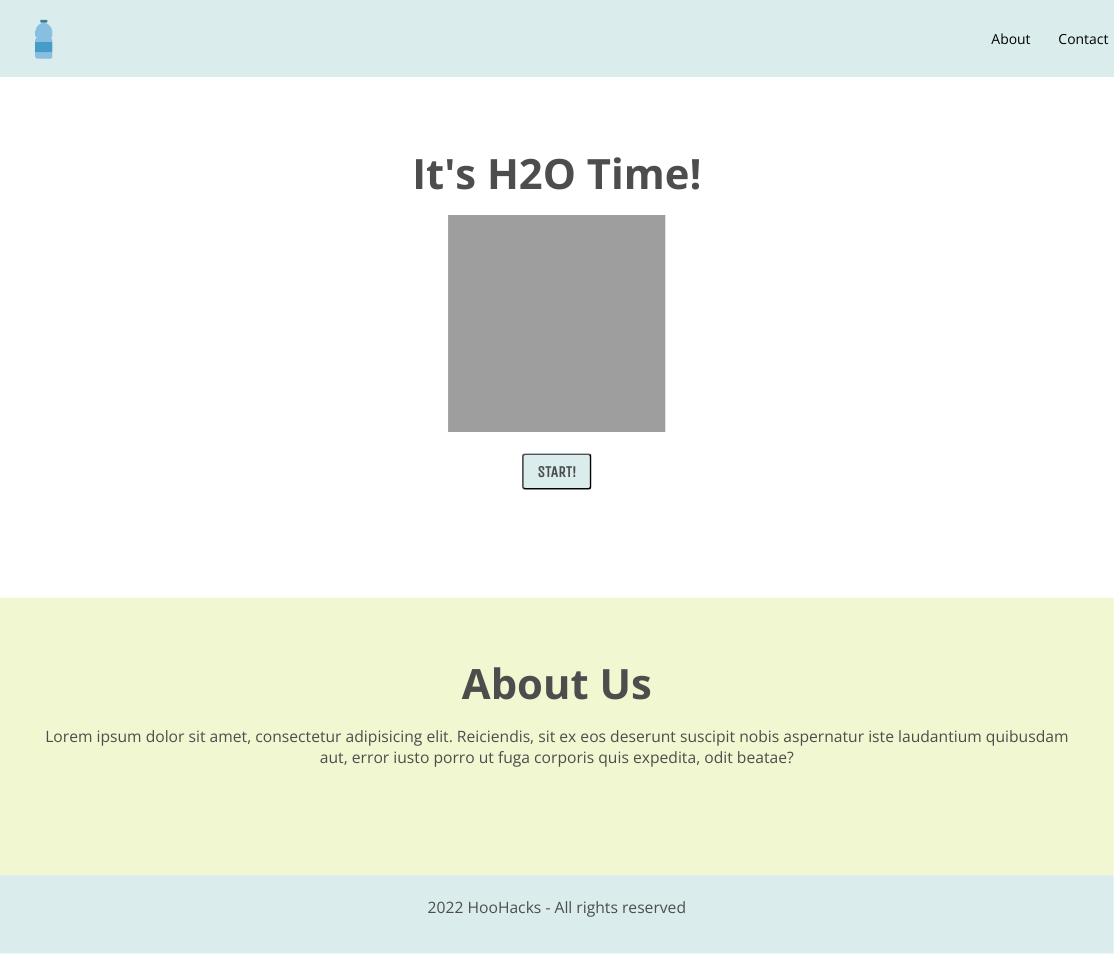
Repository: jennyjjung/H2ODaily
Page: index.html
The author's editor kept a copy of each file at every save. The page is drawn from the files as they stood at one save, then again after the next save.
The browser window is 1280 px wide. The pictures show the whole page, at 87% of full size.
Pictures or frames that could not be fetched are drawn as grey boxes.

Above is the page before, as saved 2022-03-26 18:38:22.

### index.html
<!DOCTYPE html>
<html lang="en">
<head>
  <meta charset="UTF-8">
  <meta http-equiv="X-UA-Compatible" content="IE=edge">
  <meta name="viewport" content="width=device-width, initial-scale=1.0">
  <title>H2O Daily</title>
  <link href='https://fonts.googleapis.com/css?family=Unica One' rel='stylesheet'>
  <link href="https://fonts.googleapis.com/css2?family=Open+Sans:wght@400;600;700&display=swap" rel="stylesheet">
  <link rel="stylesheet" href="style.css" />
  <script src="main.js" defer></script>
</head>
<body>

  <nav id="navbar">
    <div class="navbar__logo">
      <img src="images/bottle.png" class="navbar__bottle">
    </div>
    <div class="navbar__menu">
      <li class="navbar__menu__item">About</li>
      <li class="navbar__menu__item">Contact</li>
    </div>
  </nav>

  <section id="home">
    <div class= "home__container">
      <h1 class="home__title">It's H2O Time! </h1>
      <img src="images/krusty_krab.png" alt="H2O Daily Logo" class="home__logo">
      <button class="btn__home">START!</button>
    </div>
  </section>

  <section id="about">
    <h1>About Us</h1>
    <p>
      Lorem ipsum dolor sit amet, consectetur adipisicing elit. Reiciendis, sit ex eos deserunt suscipit nobis
      aspernatur iste laudantium quibusdam aut, error iusto porro ut fuga corporis quis expedita, odit beatae?
    </p>
  </section>


  <section id="bottom">
    <div class= "bottom__container">
      <p class="bottom__rights">2022 HooHacks - All rights reserved</p>
    </div>
  </section>

</body>
</html>

### style.css
/* Global */
:root {
  /* Color */
  --color-white: #ffffff;
  --color-dark-grey: #4d4d4d;
  --color-blue: #daedec;
  --color-dark-blue: #b9d8d6;
  --color-yellow: rgb(241, 247, 208);

  /* Font weight */
  --weight-bold: 700;
  --weight-semi-bold: 600;
  --weight-regular: 400;

  /* Font Size */
  --font-large: 48px;
  --font-medium: 28px;
  --font-regular: 18px;
  --font-small: 16px;
  --font-micro: 14px;

  /* Size */
  --size-border-radius: 4px;
}

body {
  margin: 0;
  font-family: "Open Sans";
  cursor: default;
  text-align: center;
}

h1 {
  font-size: var(--font-large);
  font-weight: var(--weight-bold);
  color: var(--color-dark-grey);
  margin: 16px 0px;
}

p {
  font-size: var(--font-regular);
  font-weight: var(--weight-regular);
  color: var(--color-dark-grey);
  margin: 4px 0;
}

li {
  list-style: none;
}

a {
  text-decoration: none;
  color: var(--color-dark-grey);
}

/* Navbar */
#navbar {
  position: fixed;
  display: flex;
  justify-content: space-between;
  width: 100%;
  background-color: var(--color-blue);
  padding: 10px;
  align-items: center;
}

.navbar__menu {
  display: flex;
}

.navbar__logo {
  font-size: var(--font-medium);
  font-weight: var(--weight-semi-bold);
  justify-content: center;
}

.navbar__bottle {
  width: 50px;
  padding-left: 20px;
  padding-top: 10px;
}

.navbar__menu__item {
  padding: 8px 12px;
  margin: 0 4px;
  cursor: pointer;
  border-radius: var(--size-border-radius);
}

.navbar__menu__item:hover {
  background-color: var(--color-dark-blue);
}

/* Home */
#home {
  padding: 150px 40px 100px 40px;
}

.home__title {
  color: var(--color-dark-grey);
}

.home__container {
  display: flex;
  flex-direction: column;
  align-items: center;
}

.home__logo {
  width: 250px;
  height: 250px;
}

.btn__home {
  color: var(--color-dark-grey);
  background-color: var(--color-blue);
  font-size: var(--font-regular);
  font-weight: var(--weight-bold);
  font-family: "Unica One";
  margin: 24px;
  padding: 8px 16px;
  border-radius: var(--size-border-radius);
}

.btn__home:hover {
  background-color: var(--color-dark-blue);
}

#bottom {
  background-color: var(--color-blue);
  padding: 20px;
  text-align: center;
  height: 50px;
}

/* About */
#about {
  background-color: var(--color-yellow);
  padding: 50px 40px 120px 40px;
}

Loaded but not shown: main.js (no copy from this time; the picture is the same without it)

After the next save:
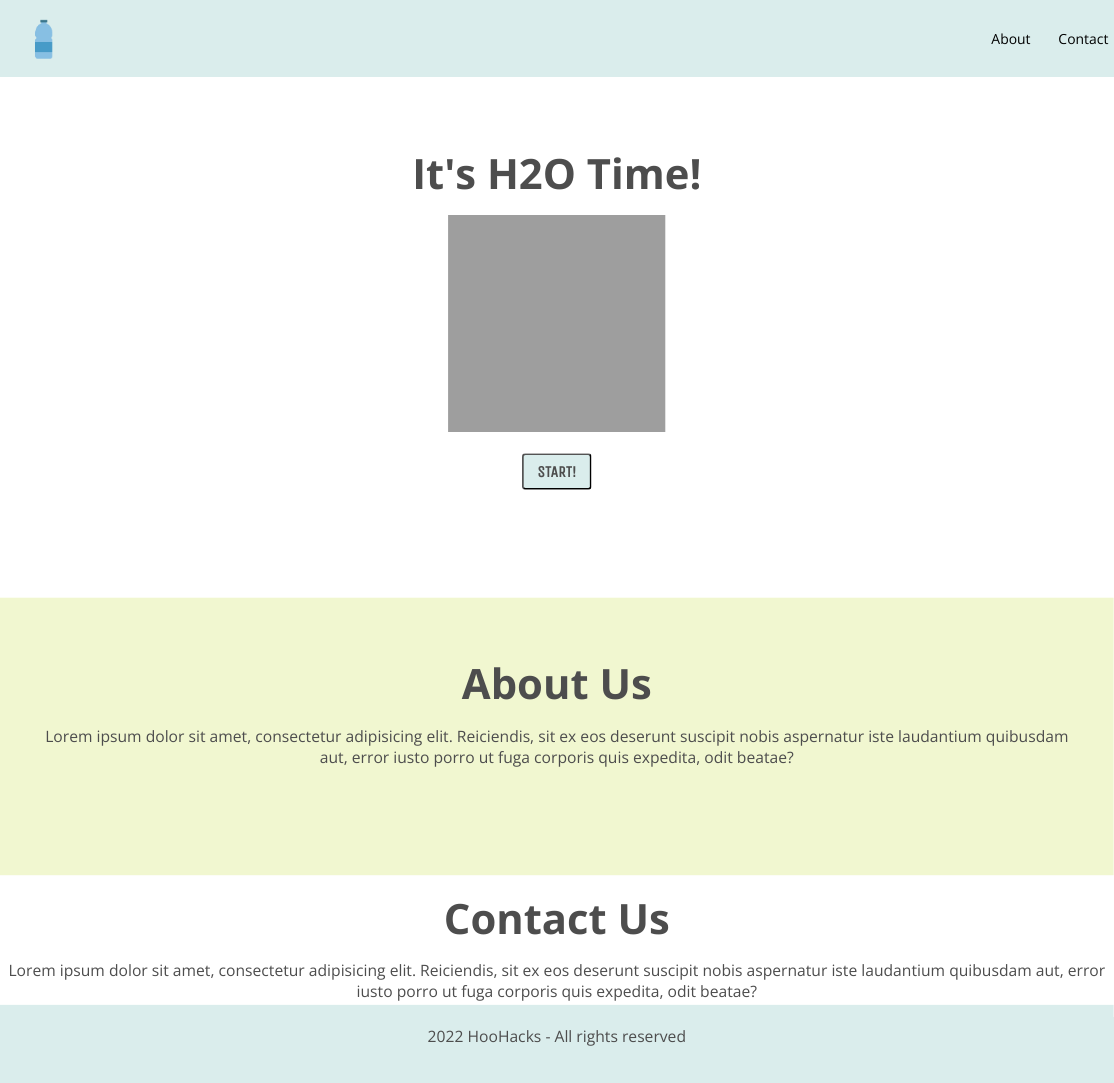
Saved 57 s later.
--- a/index.html
+++ b/index.html
@@ -38,6 +38,16 @@
     </p>
   </section>
 
+  <section id="contact">
+    <h1>Contact Us</h1>
+    <p>
+      Lorem ipsum dolor sit amet, consectetur adipisicing elit. Reiciendis, sit ex eos deserunt suscipit nobis
+      aspernatur iste laudantium quibusdam aut, error iusto porro ut fuga corporis quis expedita, odit beatae?
+    </p>
+  </section>
+
+
+
 
   <section id="bottom">
     <div class= "bottom__container">
